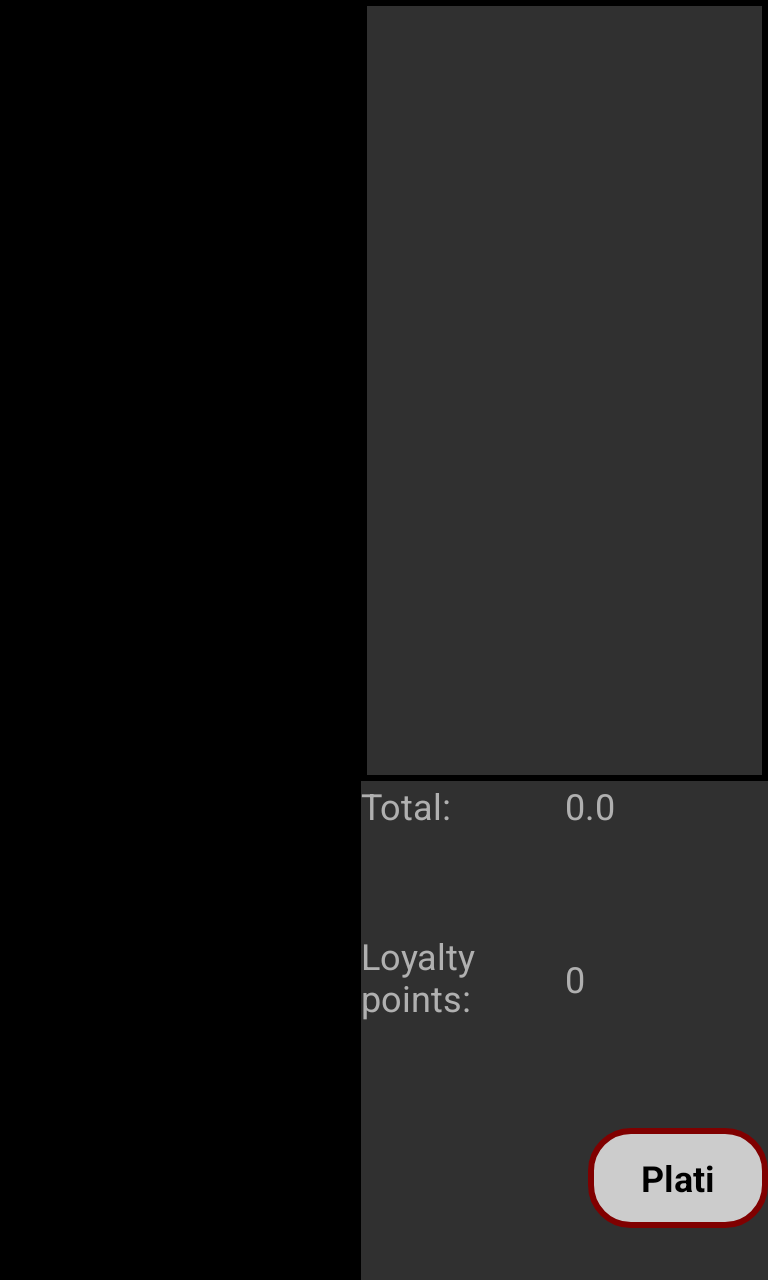
Repository: dzenisahusic/AndroidApp
Layout: Edit2014Sales/res/layout/fragment_kasa.xml
These files come from the project's save history. The layout is drawn as it stood at one moment and after the next save; the edit follows.
It is drawn on a 768 x 1280 px phone screen (xhdpi) without system bars, with theme AppTheme; the app's code is not run. Lists and similar views that code fills are empty.

Above is the layout before, as saved 2014-07-15 19:17:23.

After the next save:
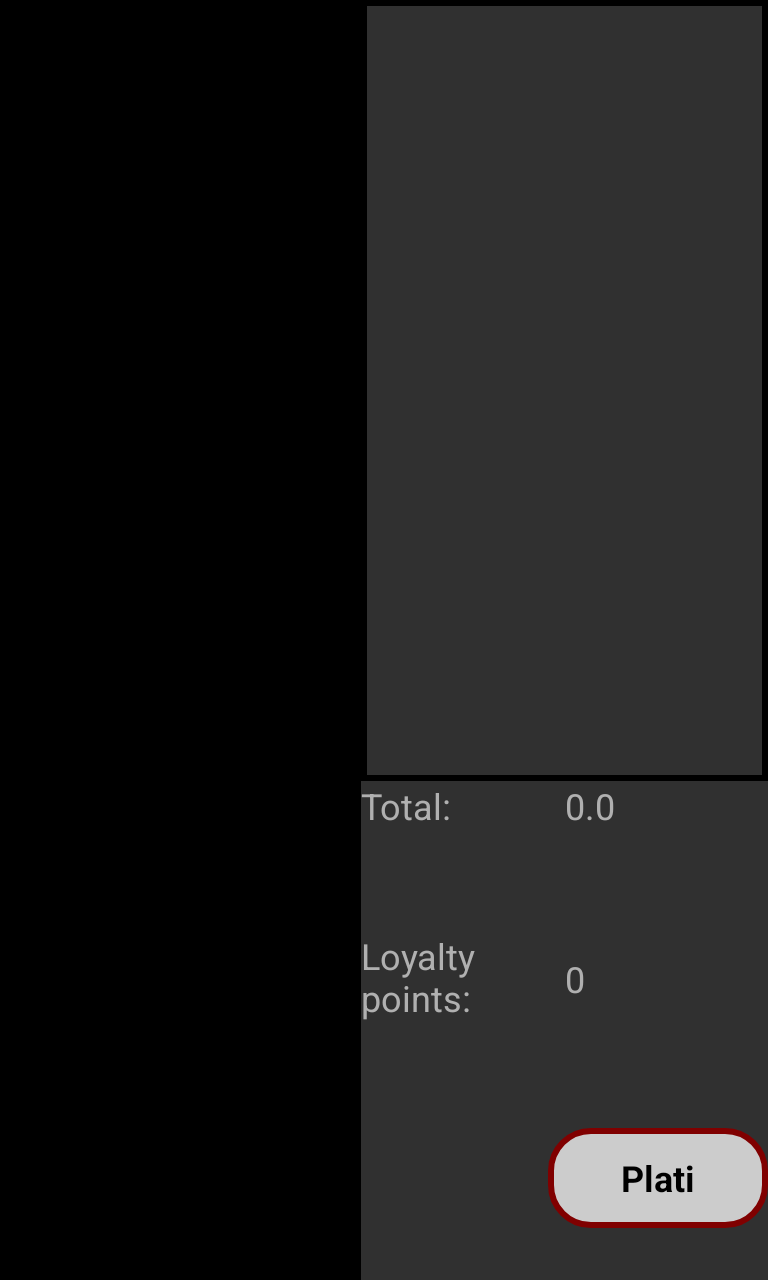
Saved 2 min 33 s later.
--- a/Edit2014Sales/res/layout/fragment_kasa.xml
+++ b/Edit2014Sales/res/layout/fragment_kasa.xml
@@ -179,7 +179,7 @@
 
       <Button
           android:id="@+id/plati"
-          android:layout_width="90dp"
+          android:layout_width="110dp"
           android:layout_height="50dp"
           android:background="@drawable/rounded_corner_top"
           android:gravity="fill_vertical|center_horizontal|center"
